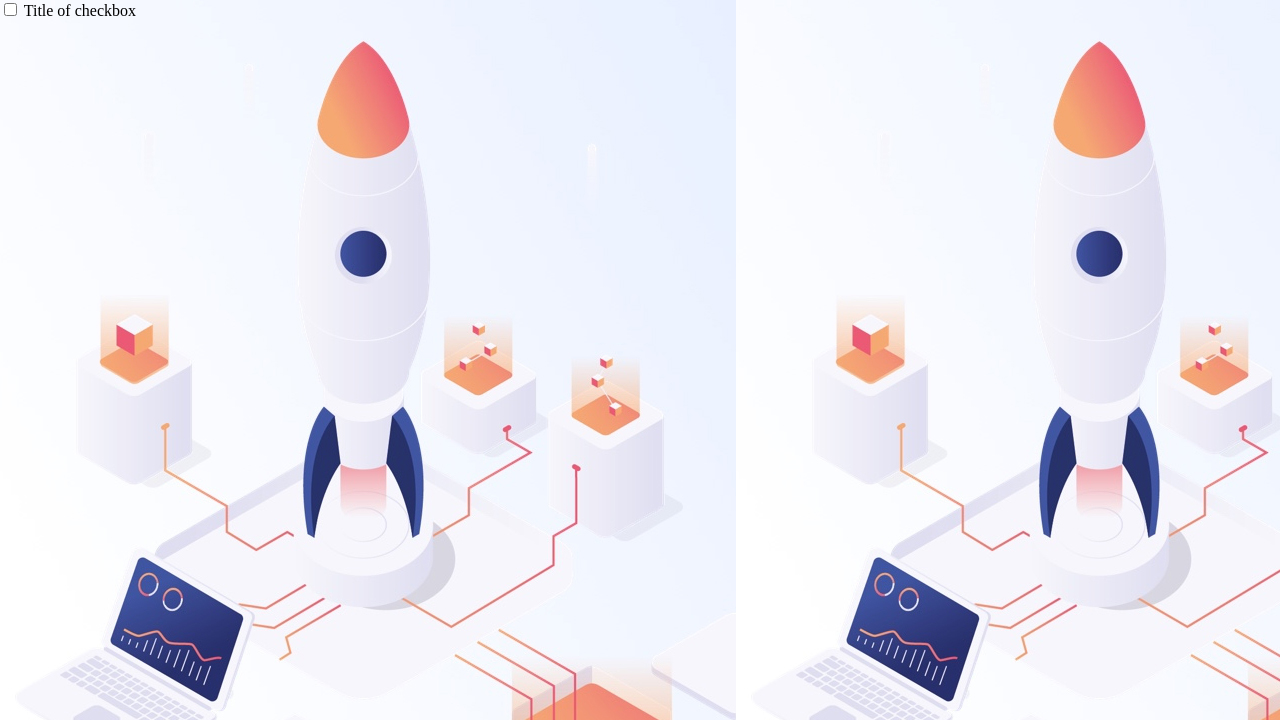
Repository: evondev/html-css-basic-course
Page: index.html
An editor plug-in stored every save of this project. The page is shown before and after the next save, followed by the edit.
The browser window is 1280 px wide. The pictures show the whole page.
Some web libraries are served in a nearby version. The style sheet was rebuilt from its Sass, Less or Tailwind sources for each picture, by a compiler version that may differ from the author's.

Above is the page before, as saved 2020-12-28 23:16:05.

### index.html
<!DOCTYPE html>
<html lang="en">
  <head>
    <meta charset="UTF-8" />
    <meta name="viewport" content="width=device-width, initial-scale=1.0" />
    <title>CSS handle input background autofill</title>
    <link
      href="https://fonts.googleapis.com/css2?family=Roboto:wght@400;700&display=swap"
      rel="stylesheet"
    />
    <link
      rel="stylesheet"
      href="https://cdnjs.cloudflare.com/ajax/libs/font-awesome/5.14.0/css/all.min.css"
      integrity="sha512-1PKOgIY59xJ8Co8+NE6FZ+LOAZKjy+KY8iq0G4B3CyeY6wYHN3yt9PW0XpSriVlkMXe40PTKnXrLnZ9+fkDaog=="
      crossorigin="anonymous"
    />
    <link
      href="https://fonts.googleapis.com/css2?family=Poppins:wght@300;400;700&display=swap"
      rel="stylesheet"
    />
    <link rel="stylesheet" href="./styles/reset.css" />
    <link rel="stylesheet" href="./styles/app.css" />
  </head>
  <body>
    <div class="custom-checkbox">
      <input type="checkbox" class="custom-checkbox-input" id="checkbox">
      <label for="checkbox">Title of checkbox</label>
    </div>
  </body>
</html>

### styles/app.scss
html {
  font-size: 62.5%;
}

* {
  box-sizing: border-box;
}

body {
  font-size: 1.6rem;
  font-weight: normal;
}

input,
textarea,
button,
select {
  font-size: 1.6rem;
  font-family: "Poppins", sans-serif;
  font-weight: normal;
  outline: none;
}

a {
  text-decoration: none;
}

img {
  display: block;
  max-width: 100%;
}
body {
  background-image: url("./images/rocket.jpg");
  width: 100%;
  height: 100vh;
}

Loaded but not shown: styles/reset.css (common file)

After the next save:
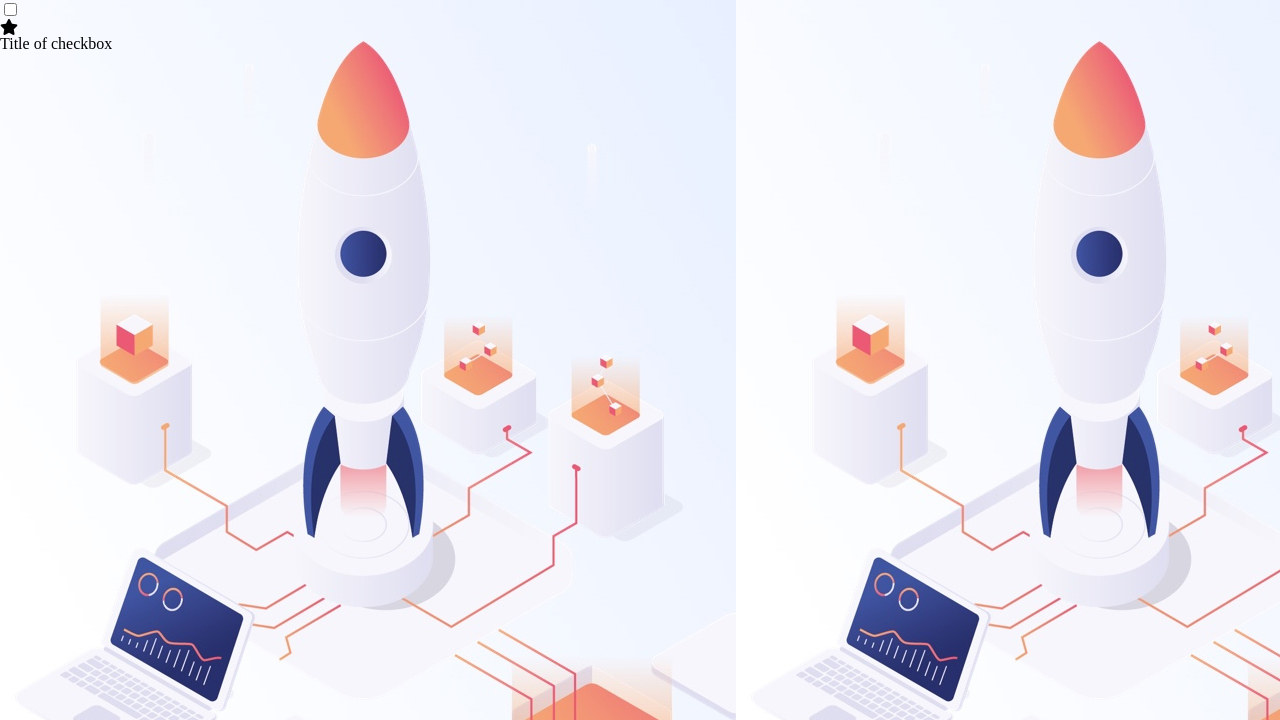
Saved 38 s later.
--- a/index.html
+++ b/index.html
@@ -24,6 +24,9 @@
   <body>
     <div class="custom-checkbox">
       <input type="checkbox" class="custom-checkbox-input" id="checkbox">
+      <div class="custom-checkbox-box">
+        <i class="fa fa-star custom-checkbox-icon"></i>
+      </div>
       <label for="checkbox">Title of checkbox</label>
     </div>
   </body>
